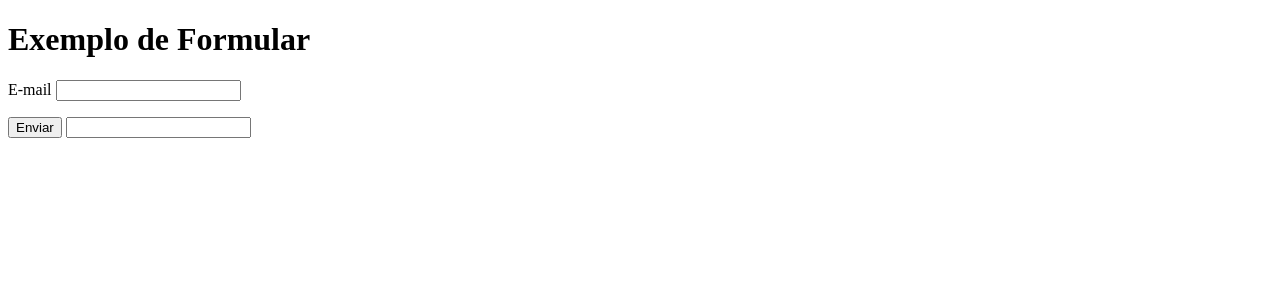
Repository: DorivalJunior14/exercicios
Page: ex025.html/form004.html
These files come from the project's save history. The page is drawn as it stood at one moment and after a run of saves; the edit follows.
The browser window is 1280 px wide. The pictures show the whole page.

Above is the page before, as saved 2022-07-20 17:45:24.

### ex025.html/form004.html
<!DOCTYPE html>
<html lang="pt-br">
<head>
    <meta charset="UTF-8">
    <meta name="viewport" content="width=device-width, initial-scale=1.0">
    <title>Formulario</title>
</head>
<body>
    <h1>Exemplo de Formular</h1>
    <form action="cadastro.php" method="get">
        <p>
            <label for="iemail">E-mail</label>
            <input type="email" name="email" id="iemail">
            <p>
                <input type="submit" value="Enviar">
                <input type=""
            </p>
        </form>
</body>
</html>

After the next 2 saves:
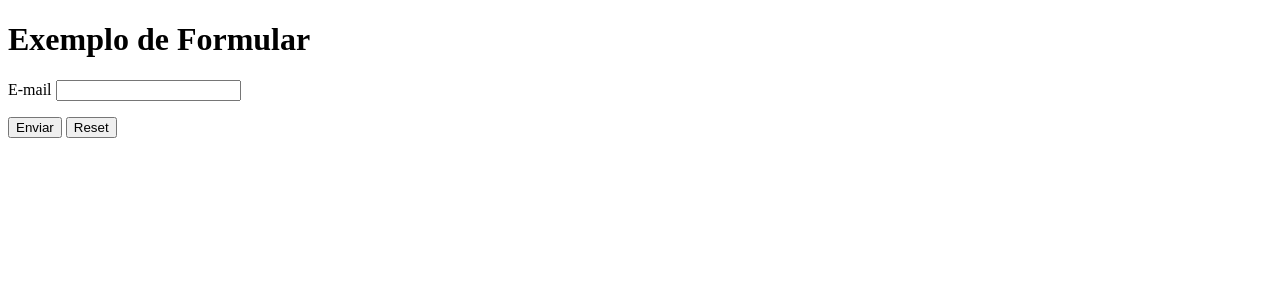
The 2 saves are shown as one change because they came seconds apart.
The last was saved 21 s later.
--- a/ex025.html/form004.html
+++ b/ex025.html/form004.html
@@ -13,7 +13,7 @@
             <input type="email" name="email" id="iemail">
             <p>
                 <input type="submit" value="Enviar">
-                <input type=""
+                <input type="reset"
             </p>
         </form>
 </body>
